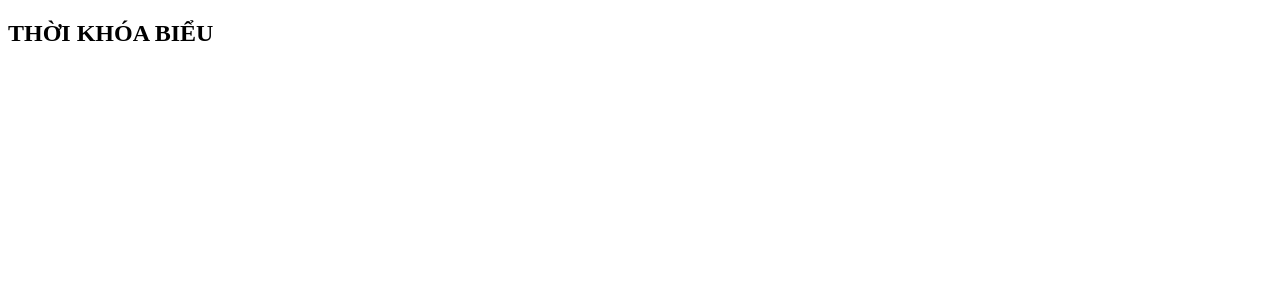
Repository: Lehuyhuynh/BT1-HTML
Page: index.html
These files come from the project's save history. The page is drawn as it stood at one moment and after the next save; the edit follows.
The browser window is 1280 px wide. The pictures show the whole page.

Above is the page before, as saved 2023-08-06 21:21:56.

After the next save:
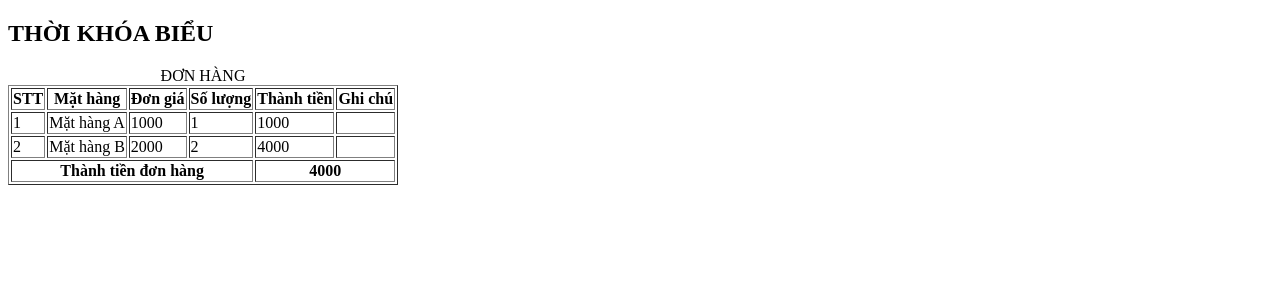
Saved 4 s later.
--- a/index.html
+++ b/index.html
@@ -61,6 +61,43 @@
       </tr>
 
     </table> -->
+
+    <table border="1">
+      <caption style="caption-side: top">ĐƠN HÀNG</caption>
+      <thead>
+          <tr>
+              <th>STT</th>
+              <th>Mặt hàng</th>
+              <th>Đơn giá</th>
+              <th>Số lượng</th>
+              <th>Thành tiền</th>
+              <th>Ghi chú</th>
+          </tr>
+      </thead>
+      <tr>
+          <td>1</td>
+          <td>Mặt hàng A</td>
+          <td>1000</td>
+          <td>1</td>
+          <td>1000</td>
+          <td></td>
+      </tr>
+      <tr>
+          <td>2</td>
+          <td>Mặt hàng B</td>
+          <td>2000</td>
+          <td>2</td>
+          <td>4000</td>
+          <td></td>
+      </tr>
+      <tfoot>
+          <tr>
+              <th colspan="4">Thành tiền đơn hàng</th>
+              <th colspan="2">4000</th>
+
+          </tr>
+      </tfoot>
+  </table>
   </div>
 
 </body>
